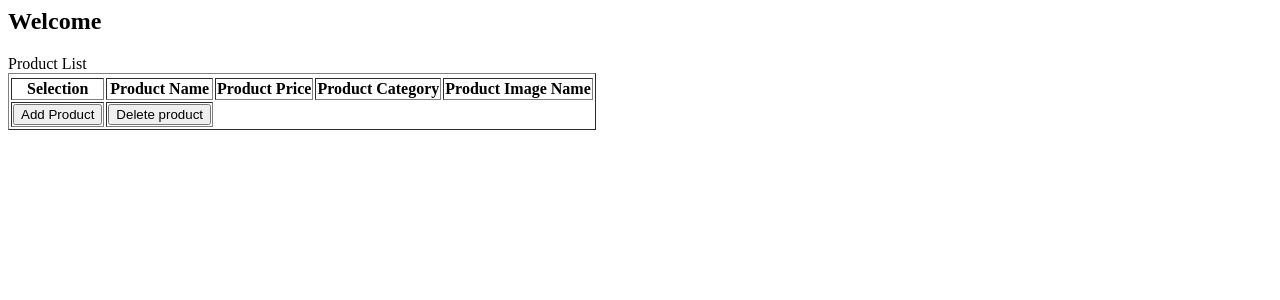
Repository: mohitpratapsingh/GSAP2015
Page: http://localhost/Team-C/WEB-INF/views/adminHome.jsp
An editor plug-in stored every save of this project. The page is shown before and after the next save, followed by the edit.
The browser window is 1280 px wide. The pictures show the whole page.
The page is served by Tomcat 9. Nobody is signed in. Other server files are loaded and not shown. The template is opened directly, without the code that normally fills it, so the values that code supplies are empty.

Above is the page before, as saved 2015-09-07 19:28:53.

### Team-C/src/main/webapp/WEB-INF/views/adminHome.jsp
<%@ taglib uri="http://java.sun.com/jsp/jstl/core" prefix="c" %>
<%@ taglib uri="http://java.sun.com/jsp/jstl/functions" prefix="fn" %>
<%@ page session="false" %>
<%@taglib uri="http://www.springframework.org/tags/form" prefix="form"%>

<html>
<head>
	<title>Home</title>
</head>
<body>
<h2>
Welcome ${dataMap.get("user").getUserFname()}
</h2>



<table border="1"  id="productTable" >
<thead>
 <tr>Product List</tr>
 <tr>
 	<th>Selection</th>
    <th>Product Name</th>
    <th>Product Price</th>
    <th>Product Category</th>
    <th>Product Image Name</th>
  </tr>
</thead>

 <tbody>
 <c:forEach items="${dataMap.get(\"productList\")}" var="product">
    <tr>
      <td><input type="checkbox" name="products" value="${product.getpId()}" style="cursor: pointer;" onclick="onChangeCheckbox (this)" /></td>
      <td>${product.getpName()}</td>
      <td>${product.getPrice()}</td>
      <td>${product.getCategory()}</td>
      <td>${product.getImageName()}</td>
    </tr>
  </c:forEach>
  <td>
<input type="button" value="Add Product" onclick="window.location='addProductForm';" />
</td>
<td>
<button onclick="delProduct()">Delete product</button>
</td>
  </tbody>
</table>



<script type="text/javascript">

var test=[];

        function onChangeCheckbox (checkbox) {
            if (checkbox.checked)
            {
               test.push(checkbox.value);
            }

            else
            {
            		var index;
            		for(i=0;i<test.length;i++)
            		{
            			if(test[i]==checkbox.value)
            			index=i;
            		}
            		if(index > -1)
            		test.splice(index,1);
            }
       	}

      function delProduct() {

    	  window.location = "deleteProduct?prodIductList=" +test;

        }
    </script>
</body>
</html>

After the next save:
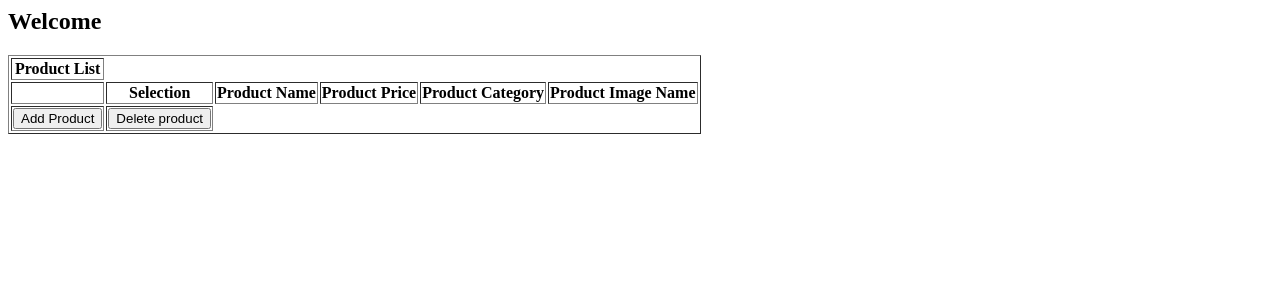
Saved 47 s later.
--- a/Team-C/src/main/webapp/WEB-INF/views/adminHome.jsp
+++ b/Team-C/src/main/webapp/WEB-INF/views/adminHome.jsp
@@ -16,8 +16,9 @@ Welcome ${dataMap.get("user").getUserFname()}
 
 <table border="1"  id="productTable" >
 <thead>
- <tr>Product List</tr>
+ <th>Product List</th>
  <tr>
+ <th></th>
  	<th>Selection</th>
     <th>Product Name</th>
     <th>Product Price</th>
